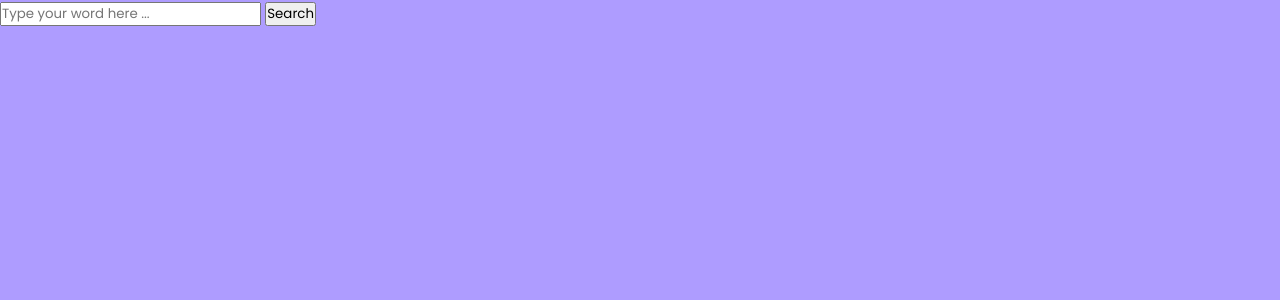
Repository: MohamedMostafaTaha/Translation_app
Page: index.html
An editor plug-in stored every save of this project. The page is shown before and after the next save, followed by the edit.
The browser window is 1280 px wide. The pictures show the whole page.

Above is the page before, as saved 2023-09-16 18:03:46.

After the next save:
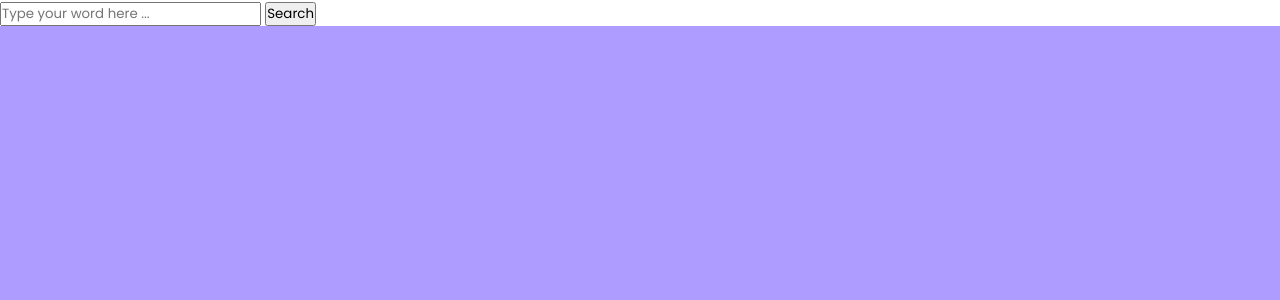
Saved 24 s later.
--- a/style.css
+++ b/style.css
@@ -11,3 +11,7 @@
 body {
   background-color: #ae9cff;
 }
+
+.container {
+  background-color: #ffffff;
+}
